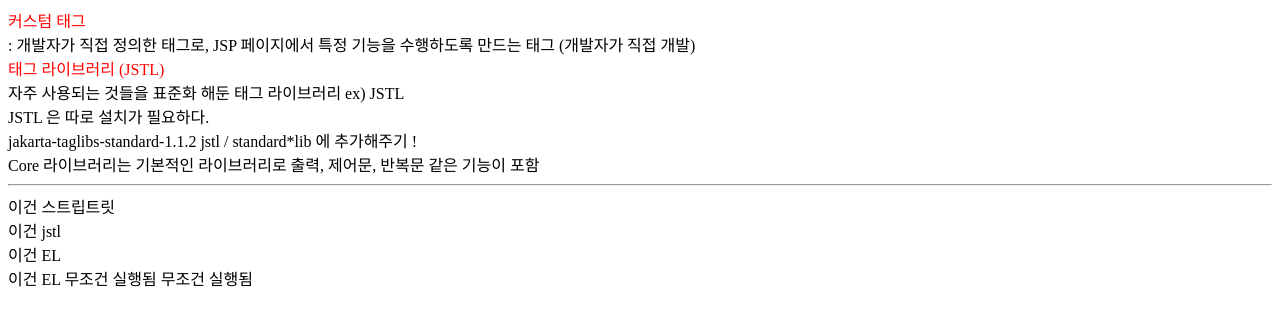
Repository: hyejux/JSP_STUDY
Page: http://localhost/JSPPractice2/JSP_ex6.jsp
An editor plug-in stored every save of this project. The page is shown before and after the next save, followed by the edit.
The browser window is 1280 px wide. The pictures show the whole page.
The page is served by Tomcat 9. Other server files are loaded and not shown.

Above is the page before, as saved 2025-01-07 17:13:39.

### JSPPractice2/src/main/webapp/JSP_ex6.jsp
<%@ page language="java" contentType="text/html; charset=UTF-8"
    pageEncoding="UTF-8"%>
<%@ page import="javax.servlet.http.HttpServletRequest" %>
<%@ page import="javax.servlet.http.HttpServletResponse" %>
<%@ taglib uri="http://java.sun.com/jsp/jstl/core" prefix="c" %>
<!DOCTYPE html>
<html>
<head>
<meta charset="UTF-8">
<title> 태그라이브러리 JSTL 과 커스텀 태그 </title>
<link rel="stylesheet" type="text/css" href="css/style.css"> </link>
</head>
<body>
	<div class="point"> 커스텀 태그 </div>
	<div> : 개발자가 직접 정의한 태그로, JSP 페이지에서 특정 기능을 수행하도록 만드는 태그 (개발자가 직접 개발)  </div>
	<div class="point"> 태그 라이브러리 (JSTL)</div>
	<div>  자주 사용되는 것들을 표준화 해둔 태그 라이브러리 ex) JSTL </div>
	<div> JSTL 은 따로 설치가 필요하다. </div>
	<div> jakarta-taglibs-standard-1.1.2 jstl / standard*lib 에 추가해주기 !</div>
	 <%-- <%@ taglib uri="http://java.sun.com/jsp/jstl/core" prefix="c" %> --%>
	<div> Core 라이브러리는  기본적인 라이브러리로 출력, 제어문, 반복문 같은 기능이 포함 </div>
	<hr>
		<% out.println("<div> 이건 스트립트릿 </div> "); %>
		<c:out value="이건 jstl"/>
		<%
			request.setAttribute("data", "이건 EL");
			request.setAttribute("age", 30);
		%>
		 <div> ${data} </div>
		<c:out value="${data}"/>

		<c:if test="true"> 무조건 실행됨 </c:if>
		<c:if test="${age >= 30}"> 무조건 실행됨 </c:if>


</body>
</html>

### JSPPractice2/src/main/webapp/css/style.css
.info{
	color : #2196f3;
	font-weight: bold;
}

.btn1 {
	border: 1px solid #ddd;
    color: #ffffff;
    border-radius: 10px;
    padding: 5px 10px;
    background: #03A9F4;
    margin-top: 5px;
}

.point {
	color : red;
}

After the next save:
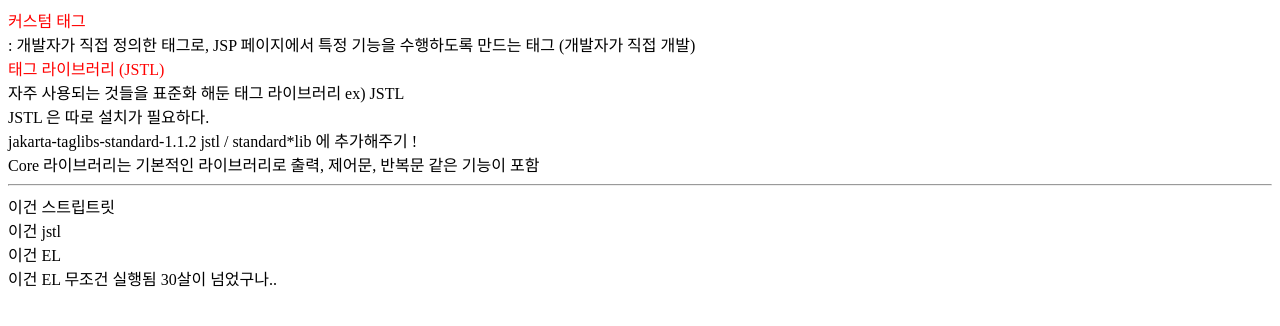
Saved 12 s later.
--- a/JSPPractice2/src/main/webapp/JSP_ex6.jsp
+++ b/JSPPractice2/src/main/webapp/JSP_ex6.jsp
@@ -24,13 +24,13 @@
 		<c:out value="이건 jstl"/>
 		<%
 			request.setAttribute("data", "이건 EL");
-			request.setAttribute("age", 30);
+			request.setAttribute("age", 31);
 		%>
 		 <div> ${data} </div>
 		<c:out value="${data}"/>
 
 		<c:if test="true"> 무조건 실행됨 </c:if>
-		<c:if test="${age >= 30}"> 무조건 실행됨 </c:if>
+		<c:if test="${age >= 30}"> 30살이 넘었구나.. </c:if>
 
 
 </body>
